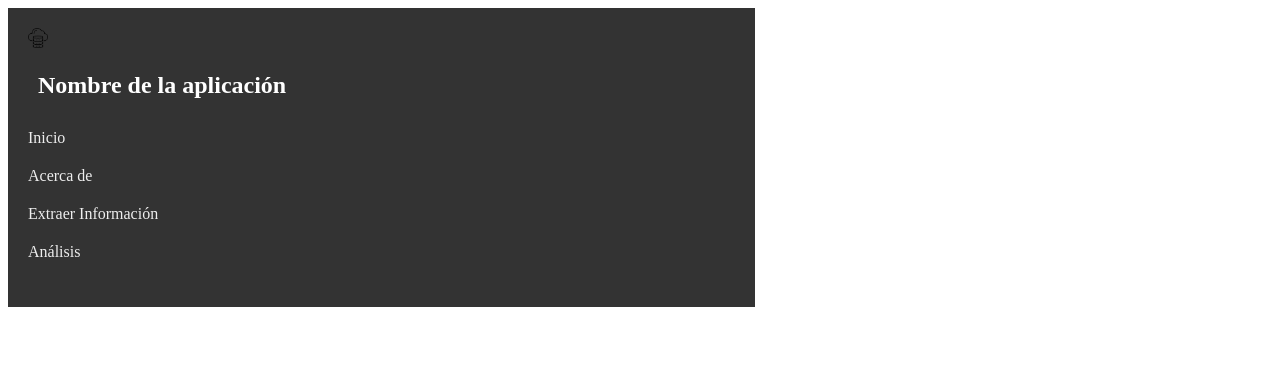
Repository: marcoBartolo55/data_analysis_app_-dev_project
Page: http://localhost/
These files come from the project's save history. The page is drawn as it stood at one moment and after the next save; the edit follows.
The browser window is 1280 px wide. The pictures show the whole page.
The page is served by the project's application, run on Flask 3 (app/app.py). Other server files are loaded and not shown.

Above is the page before, as saved 2025-10-19 22:43:45.

### templates/index.html
<!DOCTYPE html>
<html lang="en">

<head>
    <meta charset="UTF-8">
    <meta name="viewport" content="width=device-width, initial-scale=1.0">
    <link rel="stylesheet" href="/static/styles/index.css">
    <title>Inicio</title>
</head>

<body>
    <div class="container">
        <div class="side-bar">
            <div class="logo-div">
                <img class="logo-img" src="../static/images/logo.png" alt="Logo">
            </div>
            <div class="title-div">
                <h2>Nombre de la aplicación</h2>
            </div>
            <nav>
                <ul>
                    <li><a href="index.html">Inicio</a></li>
                    <li><a href="about.html">Acerca de</a></li>
                    <li><a href="data.html">Extraer Información</a></li>
                    <li><a href="chart.html">Análisis</a></li>
                </ul>
            </nav>
        </div>
        <div class="content-area">

        </div>
    </div>
</body>

</html>

### app/app.py
from flask.templating import render_template
from flask import Flask
import os

BASE_DIR = os.path.abspath(os.path.dirname(__file__))

app = Flask(__name__,
            template_folder=os.path.join(BASE_DIR, '../templates'),
            static_folder=os.path.join(BASE_DIR, '../static')
           )
@app.route('/')
def index():
    return render_template('index.html')

if __name__ == '__main__':
    app.run(debug=True)

### static/styles/index.css
.container{
    display: flex;
    flex-direction: row;
    flex-wrap: wrap;
    align-items: stretch;
}

.side-bar{
    flex-grow: 1;
    width: 250px;

    /* Evita que la barra se encoja si el contenido es muy grande */

    background-color: #333;
    color: white;
    padding: 20px;
}

/* Estilos simples para los enlaces del menú */
.side-bar nav ul {
    list-style: none;
    padding: 0;
}
.side-bar nav a {
    color: #eee;
    text-decoration: none;
    display: block;
    padding: 10px 0;
}
.side-bar nav a:hover {
    background-color: #555;
}

.logo-img{
    flex-grow: 0;
    width: 20px;
    height: auto;
}

.title-div{
    flex-grow: 1;
    margin-left: 10px;
}

.content-area{
    /* ¡Esta es la clave! */
    /* Le dice al contenido que ocupe todo el espacio restante */
    flex-grow: 1;

    padding: 30px;

    /* Añade scroll solo a esta área si el contenido es muy largo */
    overflow-y: auto;
}

After the next save:
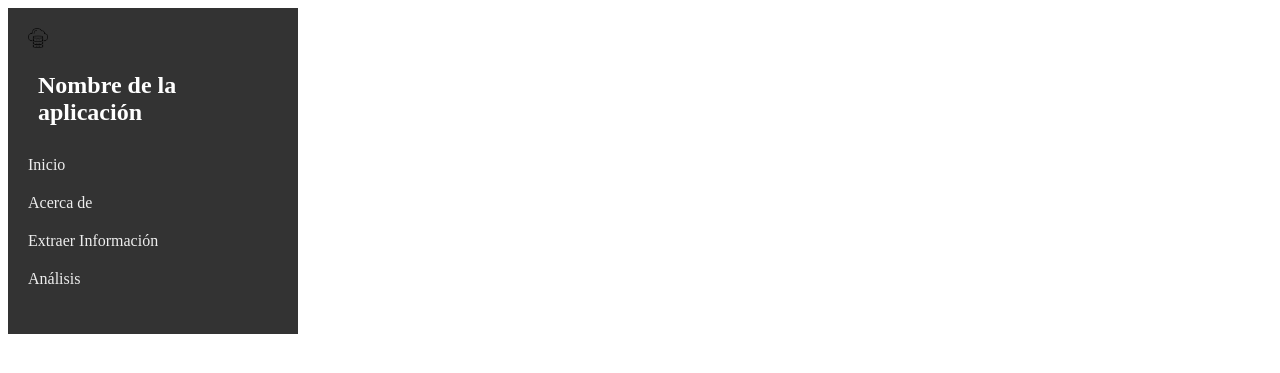
Saved 5 s later.
--- a/static/styles/index.css
+++ b/static/styles/index.css
@@ -6,7 +6,7 @@
 }
 
 .side-bar{
-    flex-grow: 1;
+    flex-grow: 0;
     width: 250px;
 
     /* Evita que la barra se encoja si el contenido es muy grande */
